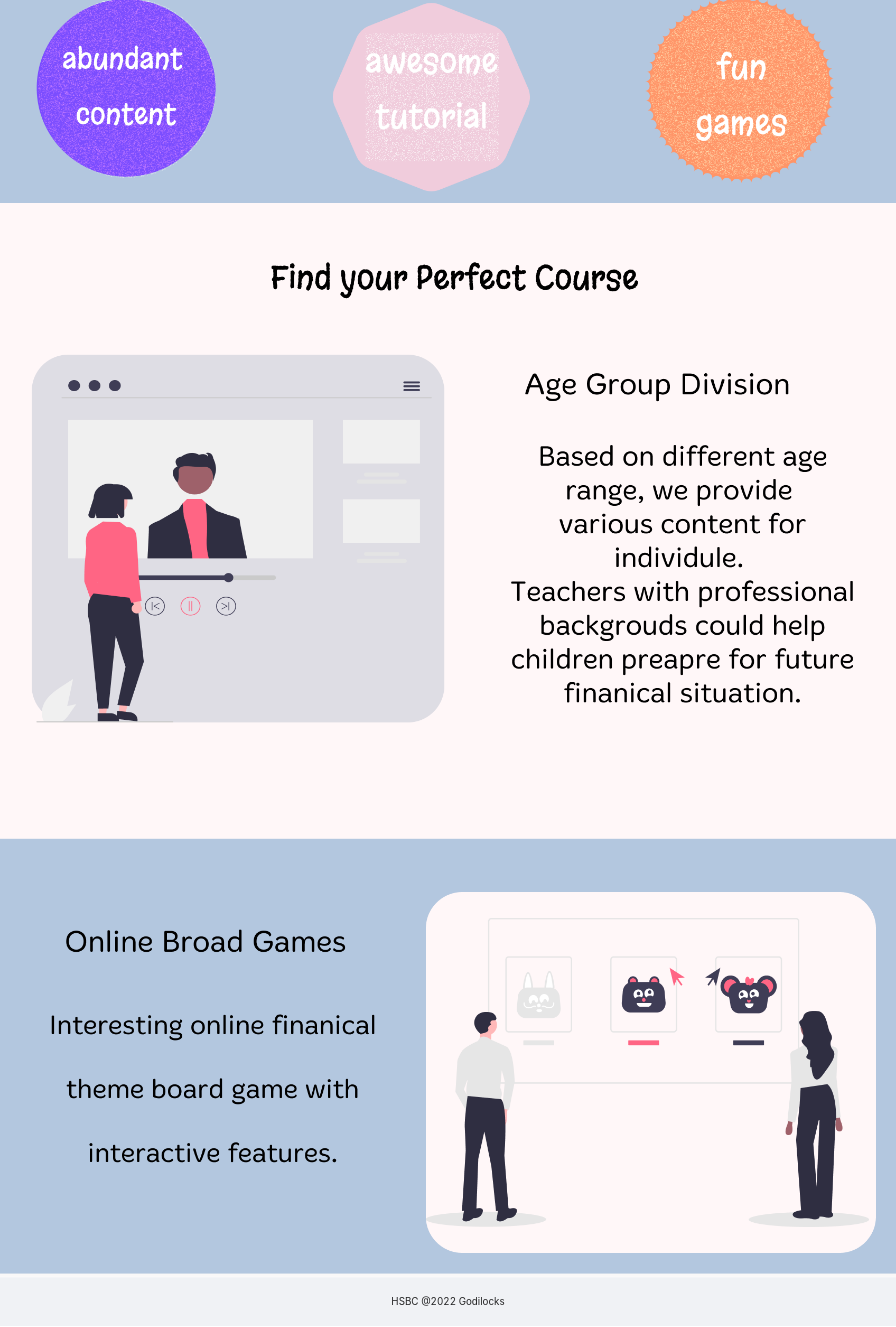
Repository: Zoe-XJ-Zhang/Goldilocks
Page: /
An editor plug-in stored every save of this project. The page is shown before and after a run of saves, followed by the edit.
The browser window is 1280 px wide. The pictures show the part of the page from y = 871 to 2791 px (the page is 2766 px tall before and 2791 px after), at 70% of full size.
The project was rebuilt for these pictures with package versions that can differ from the ones it lists, and the page was loaded fresh each time. Also part of the build but not shown: src/page/roadmapPage/roadmapPage.js, src/page/aboutPage/aboutPage.js.

Above is the page before, as saved 2022-08-31 14:55:55.

After the next 5 saves:
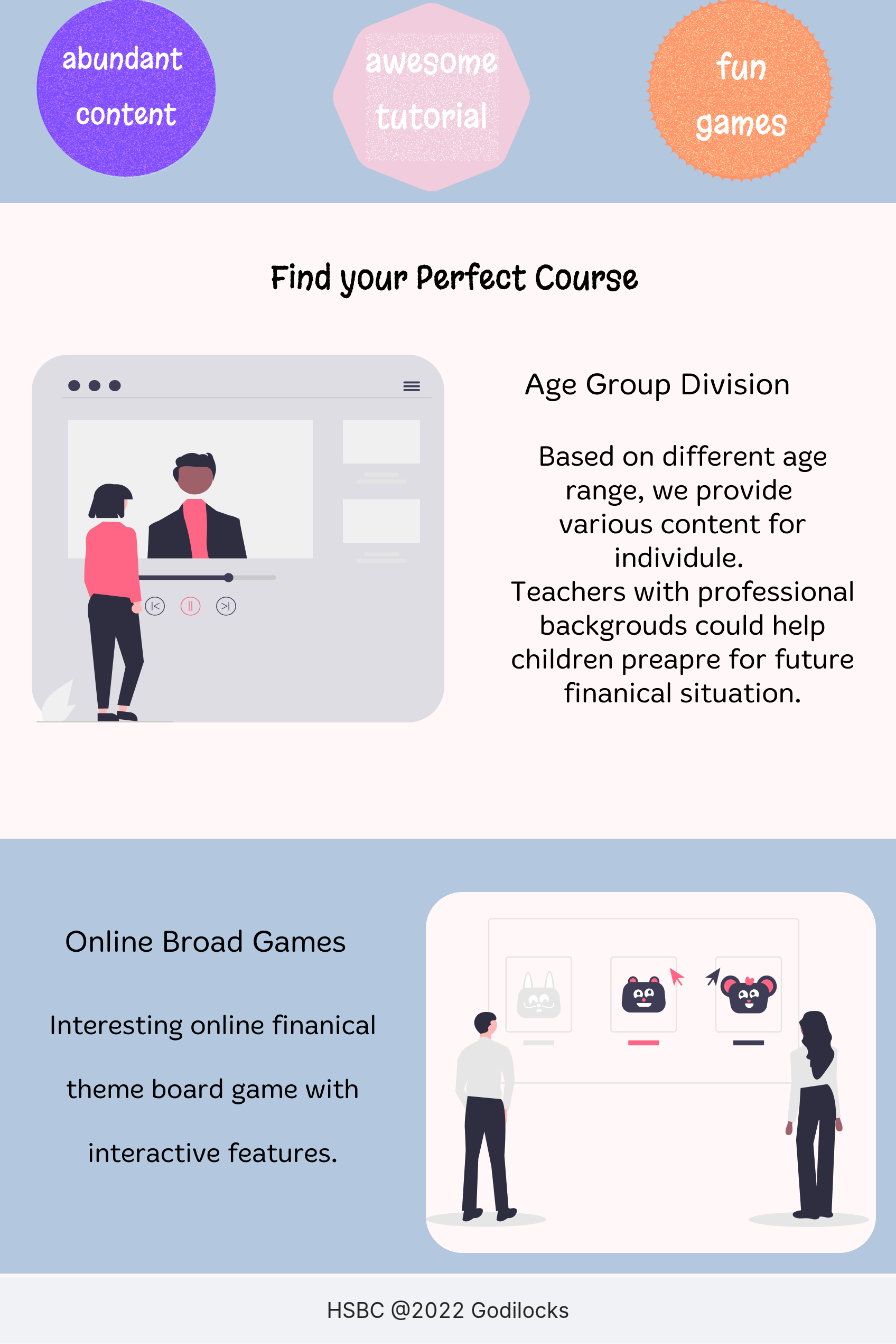
The 5 saves are shown as one change because 3 did not build or start and some came seconds apart.
The last was saved 31 s later.
--- a/src/App.js
+++ b/src/App.js
@@ -21,6 +21,7 @@ function App() {
       </Content>
       <Footer style={{
             textAlign: 'center',
+            fontSize:'30px',
           }}>HSBC @2022 Godilocks</Footer>
     </div>
   );
